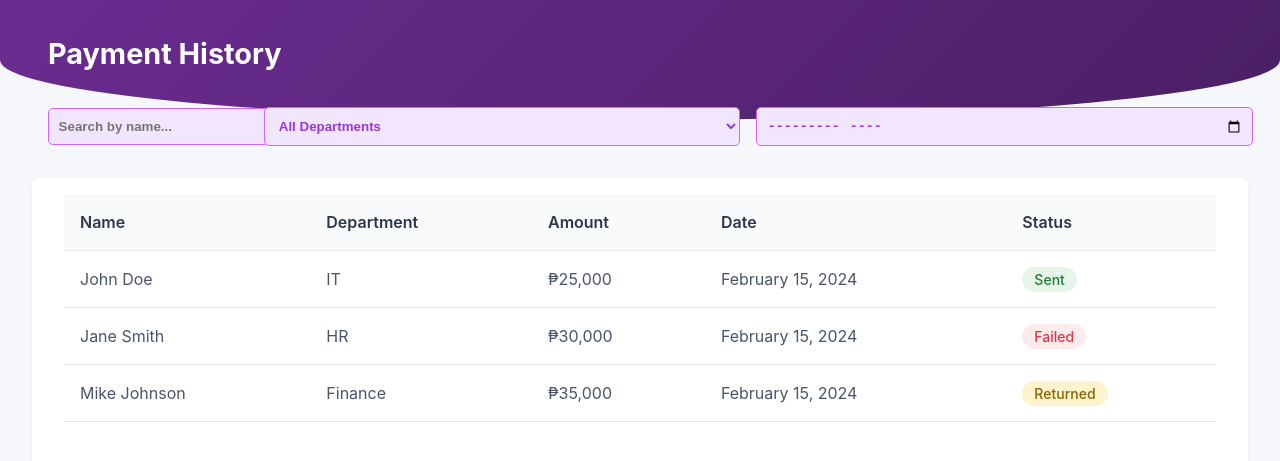
Repository: nino-pixel/payrolllatest
Page: /view_payment_history (app in web_vue/)
An editor plug-in stored every save of this project. The page is shown before and after the next save, followed by the edit.
The browser window is 1280 px wide. The pictures show the whole page.
The project was rebuilt for these pictures with package versions that can differ from the ones it lists, and the page was loaded fresh each time. Also part of the build but not shown: web_vue/vite.config.js, web_vue/src/components/login_page.vue, web_vue/src/components/sign_up.vue, web_vue/src/components/dashboard.vue, web_vue/src/components/employee_management.vue, web_vue/src/components/attendance_management.vue, web_vue/src/components/generate_payroll.vue, web_vue/src/components/mark_attendance_manually.vue.

Above is the page before, as saved 2024-12-19 10:56:45.

After the next save:
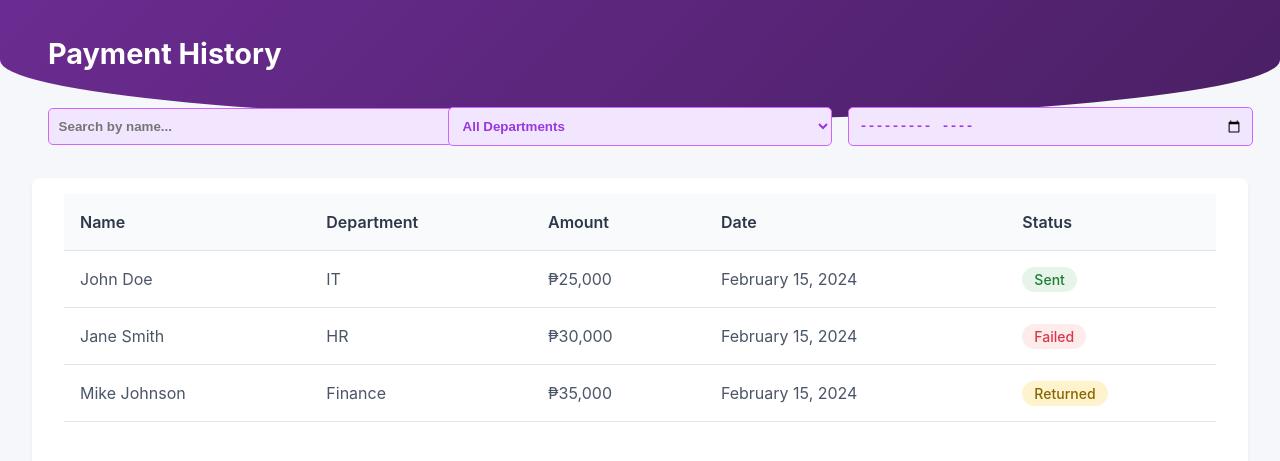
Saved 14 s later.
--- a/web_vue/src/components/view_payment_history.vue
+++ b/web_vue/src/components/view_payment_history.vue
@@ -257,6 +257,12 @@
     flex: 1;
   }
 
+.search-box,
+.filter-box,
+.date-filter {
+  flex: 1;
+  min-width: 200px;
+}
   .purple-select, .purple-input {
     width: 100%;
     padding: 0.6rem;
